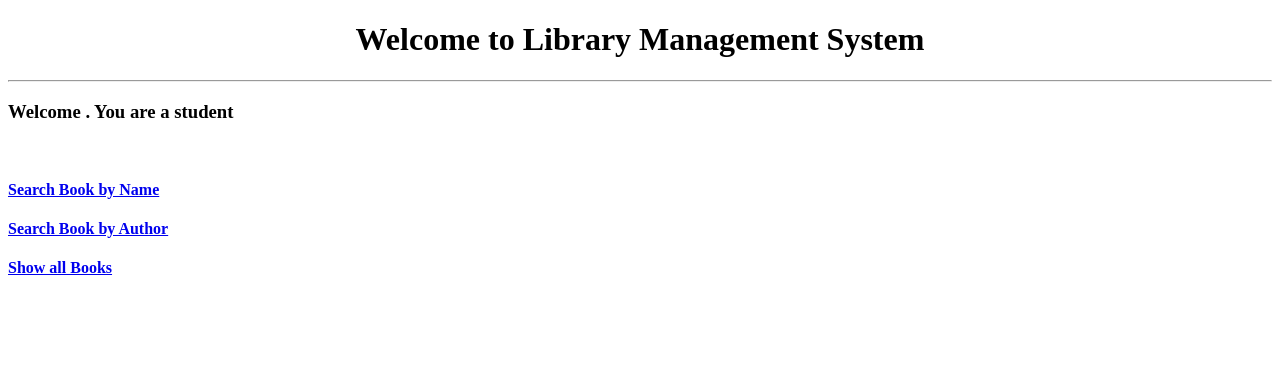
Repository: paragpatidar/LibraryManagementSystem
Page: http://localhost/LibraryManagementSystemSpring/WEB-INF/ui/StudentOperation.jsp
These files come from the project's save history. The page is drawn as it stood at one moment and after the next save; the edit follows.
The browser window is 1280 px wide. The pictures show the whole page.
The page is served by Tomcat 9. Nobody is signed in. Other server files are loaded and not shown. The template is opened directly, without the code that normally fills it, so the values that code supplies are empty.

Above is the page before, as saved 2017-11-08 05:45:44.

### LibraryManagementSystemSpring/WebContent/WEB-INF/ui/StudentOperation.jsp
<%@ page language="java" contentType="text/html; charset=ISO-8859-1"
    pageEncoding="ISO-8859-1"%>
<!DOCTYPE html PUBLIC "-//W3C//DTD HTML 4.01 Transitional//EN" "http://www.w3.org/TR/html4/loose.dtd">
<html>
<head>
<meta http-equiv="Content-Type" content="text/html; charset=ISO-8859-1">
<title>Insert title here</title>
</head>
<body>
	<h1 align="center">Welcome to Library Management System</h1>
	<hr>
	<div id="form">
		<h3>Welcome ${userName}. You are a student</h3>
		<br>
		<h4><a href="searchByName.htm">Search Book by Name</a></h4>
		<h4><a href="searchByAuthor.htm">Search Book by Author</a></h4>
		<h4><a href="showAll.htm">Show all Books</a></h4>
	</div>
</body>
</html>

After the next save:
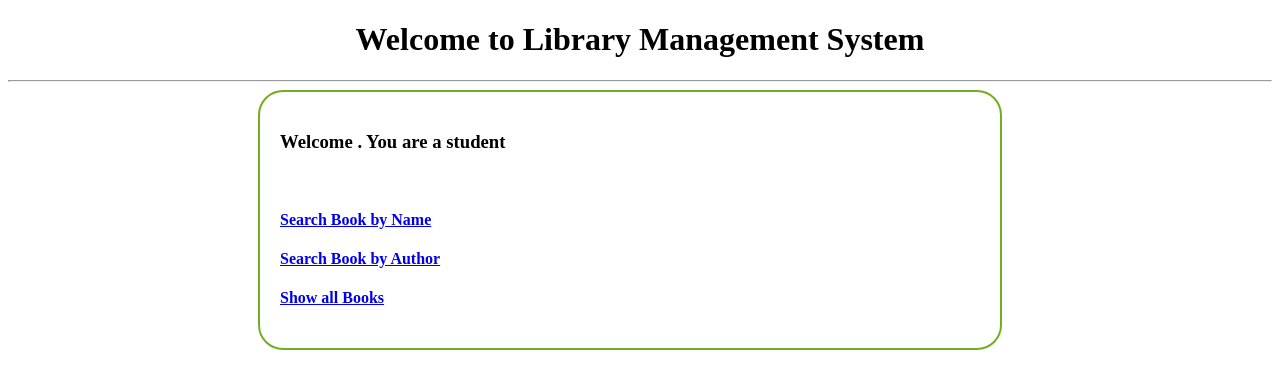
Saved 35 s later.
--- a/LibraryManagementSystemSpring/WebContent/WEB-INF/ui/StudentOperation.jsp
+++ b/LibraryManagementSystemSpring/WebContent/WEB-INF/ui/StudentOperation.jsp
@@ -5,6 +5,15 @@
 <head>
 <meta http-equiv="Content-Type" content="text/html; charset=ISO-8859-1">
 <title>Insert title here</title>
+<style>
+#form {
+    border-radius: 25px;
+    border: 2px solid #73AD21;
+    padding: 20px;
+    margin-right : 270px;
+    margin-left : 250px;
+}
+</style>
 </head>
 <body>
 	<h1 align="center">Welcome to Library Management System</h1>
